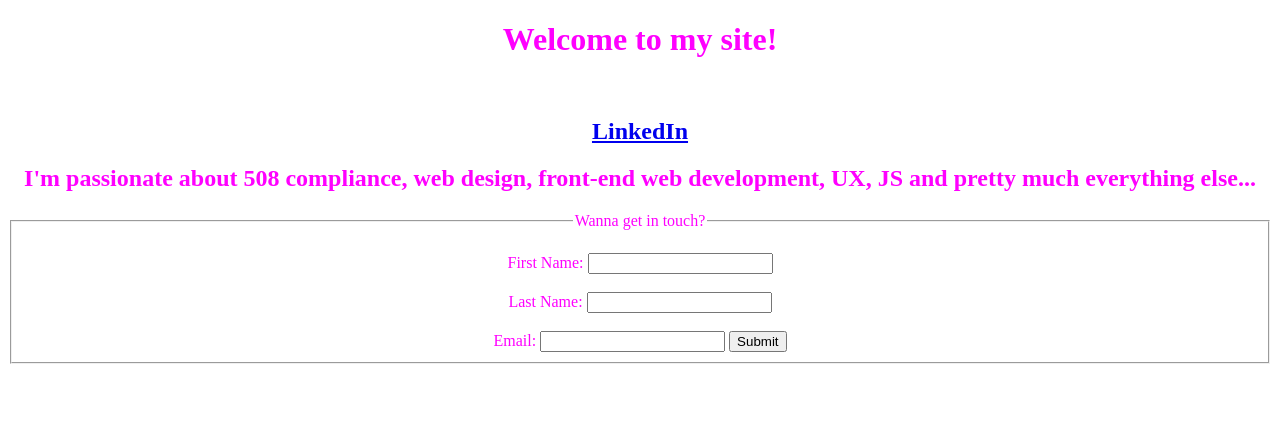
Repository: jasvr/jasvr.io
Page: index.html
The author's editor kept a copy of each file at every save. The page is drawn from the files as they stood at one save, then again after the next save.
The browser window is 1280 px wide. The pictures show the whole page.

Above is the page before, as saved 2020-01-10 14:40:06.

After the next save:
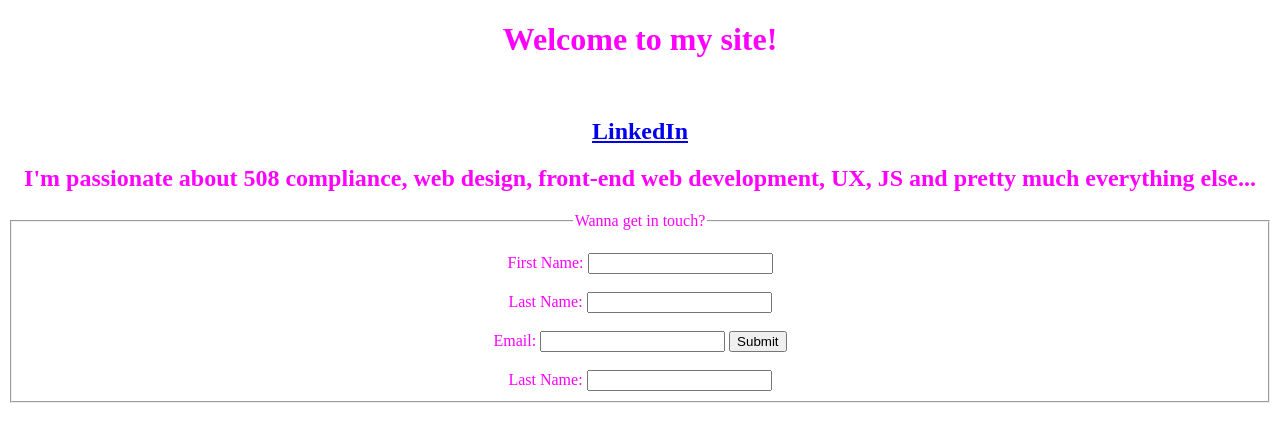
Saved 14 s later.
--- a/index.html
+++ b/index.html
@@ -31,6 +31,11 @@
             <input type="text" name="email"/>
             <input type="submit" value="Submit">
         </div>
+        <div>
+            <br>
+            <label for ="lastname">Last Name: </label>
+            <input type="text" name="lastname"/>
+        </div>
     </fieldset>
 </body>
 </html>
